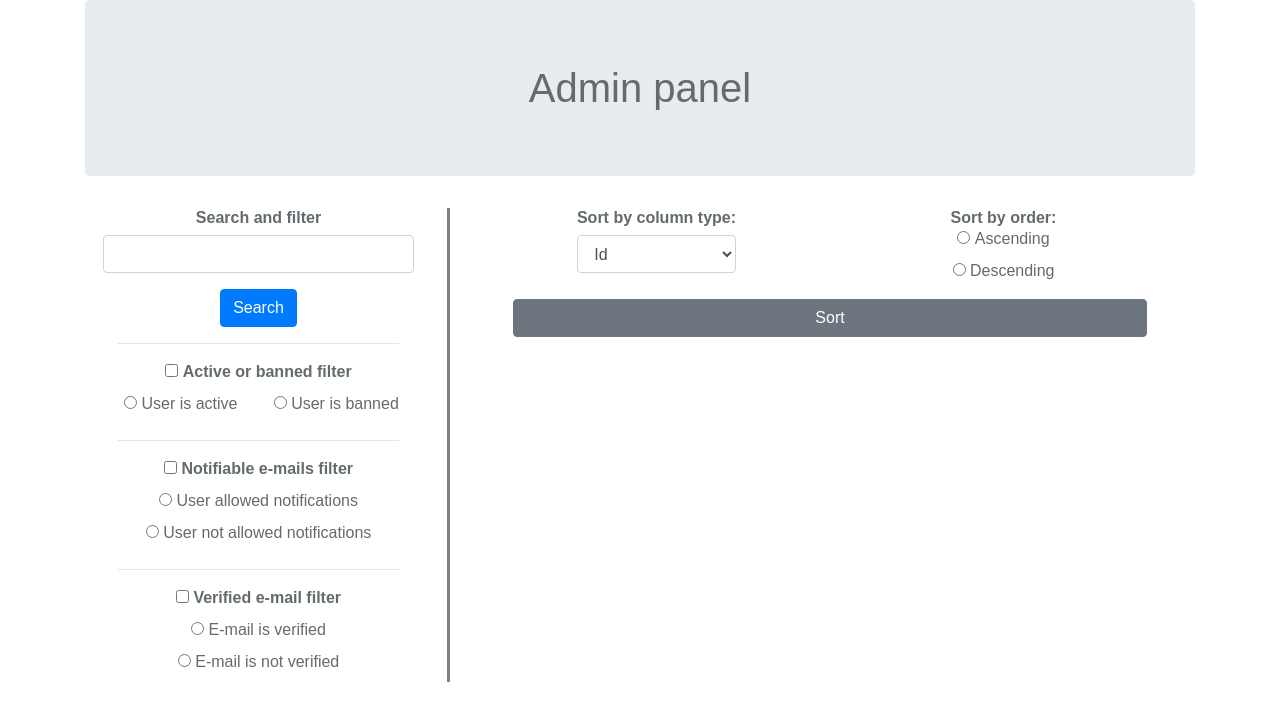
Repository: WOLVGVNG/gameclan
Page: resources/views/admin_panel.blade.php
An editor plug-in stored every save of this project. The page is shown before and after the next save, followed by the edit.
The browser window is 1280 px wide. The pictures show the whole page.
The page is served by the project's Laravel application, run on PHP 8.4 with Laravel 8. The template is opened directly, without the code that normally fills it, so the values that code supplies are empty.

Above is the page before, as saved 2019-03-20 21:19:52.

After the next save:
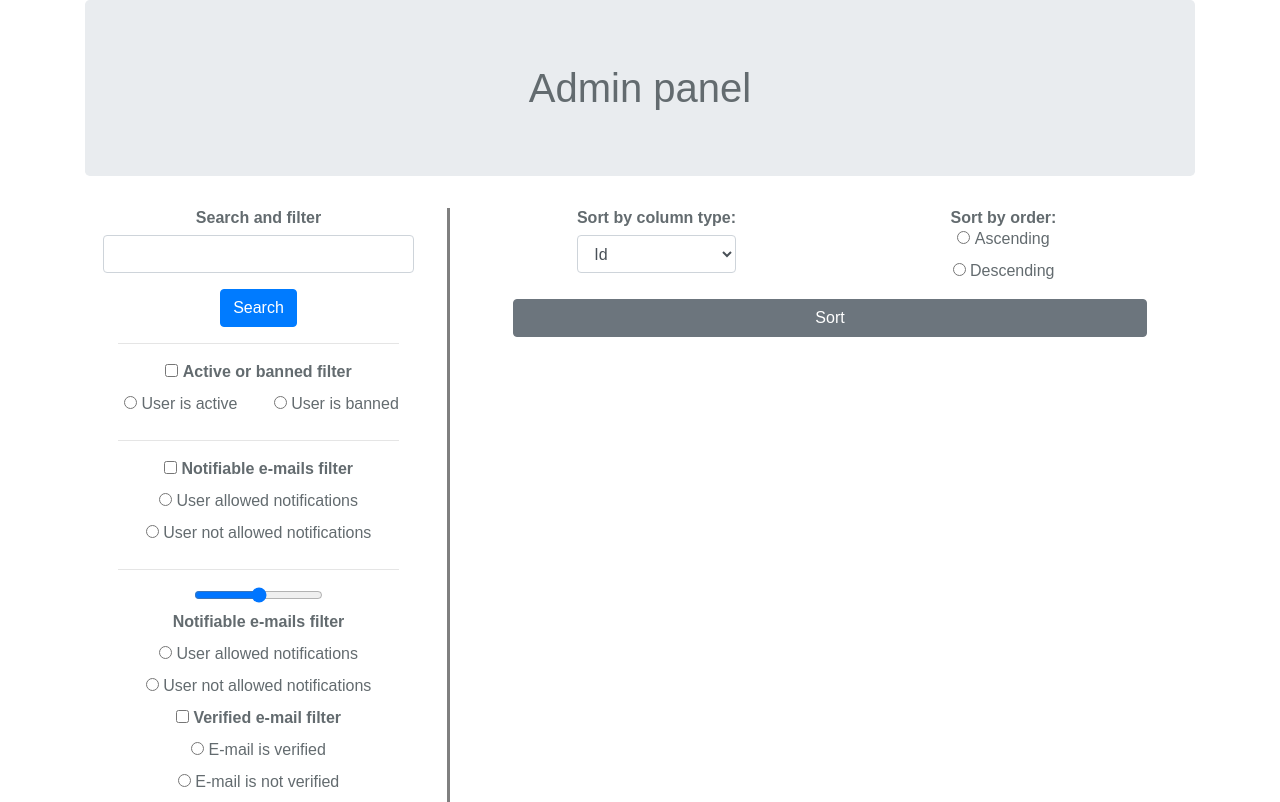
Saved 56 min 11 s later.
--- a/resources/views/admin_panel.blade.php
+++ b/resources/views/admin_panel.blade.php
@@ -47,6 +47,21 @@
                 </div>
 
                 <hr>
+
+                <input type='range' name='filter_points_switch' id='points_switch' value=true @if(session('filter_points_switch')==true) echo checked @endif>
+                <label for='points_switch' class='font-weight-bold text-center'>Notifiable e-mails filter</label>
+                <div class='row'>
+                    <div class='col mx-auto'>
+                        <div class='col-12'>
+                            <input type='radio' name='filter_points' id='points_yes' value='true' @if(session('filter_points')=='true') echo checked @endif>
+                            <label for='points_yes'>User allowed notifications</label>
+                        </div>
+                        <div class='col-12'>
+                            <input type='radio' name='filter_points' id='points_no' value='false' @if(session('filter_points')=='false') echo checked @endif>
+                            <label for='points_no'>User not allowed notifications</label>
+                        </div>
+                    </div>
+                </div>
 
                 {{--<input type='checkbox' name='filter_emails_switch' id='email_switch' value=true @if(session('filter_emails_switch')==true) echo checked @endif>
                 <label for='email_switch' class='font-weight-bold text-center'>Users' email's providers</label>
